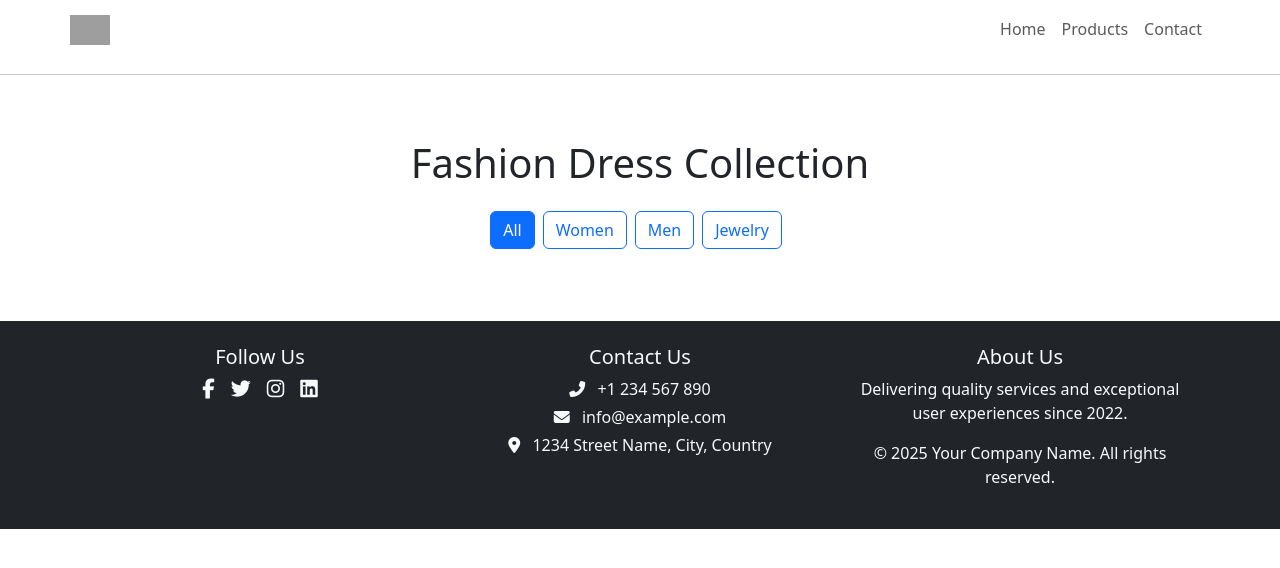
Repository: SHANANP-0931/product-cart
Page: /products
These files come from the project's save history. The page is drawn as it stood at one moment and after the next save; the edit follows.
The browser window is 1280 px wide. The pictures show the whole page.
Pictures or frames that could not be fetched are drawn as grey boxes. The page's requests for data from a server got no answer. The project was rebuilt for these pictures with package versions that can differ from the ones it lists, and the page was loaded fresh each time. No one was signed in, and anything a server would have sent is missing. Also part of the build but not shown: vite.config.js, src/index.css, src/components/Hero.jsx, src/components/Testimonial.jsx, src/components/Home.jsx.

Above is the page before, as saved 2025-01-21 19:39:26.

After the next save:
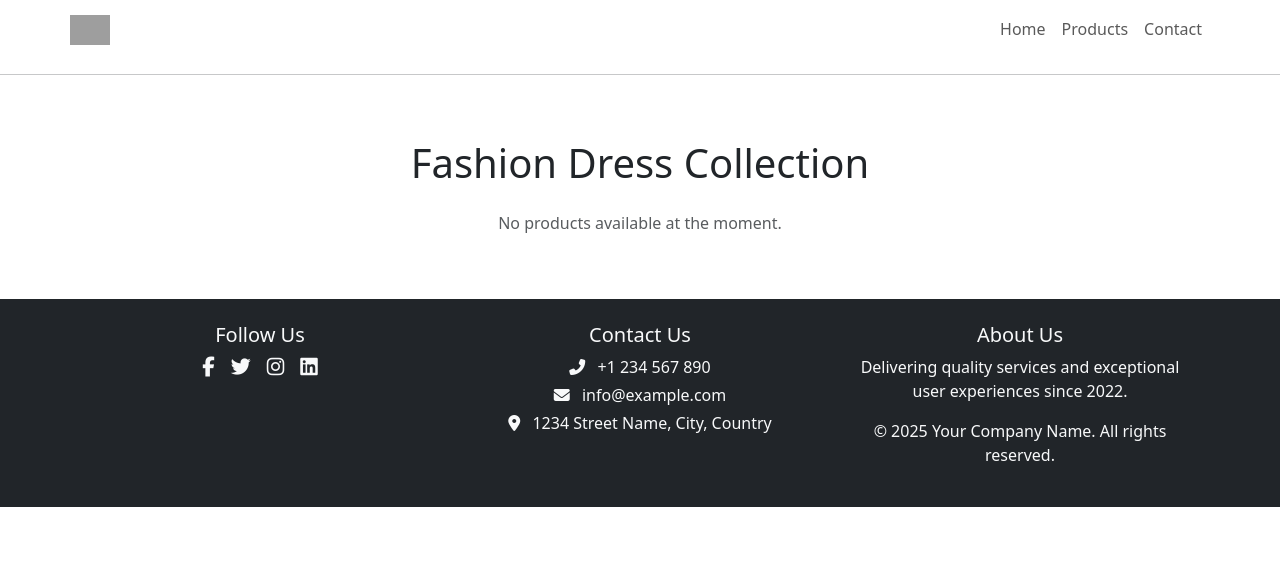
Saved 5 min 26 s later.
--- a/src/components/Products.jsx
+++ b/src/components/Products.jsx
@@ -4,96 +4,61 @@ import 'bootstrap/dist/css/bootstrap.min.css';
 
 const ProductDetails = () => {
     const [products, setProducts] = useState([]);
-    const [filteredProducts, setFilteredProducts] = useState([]);
-    const [fashionType, setFashionType] = useState('All');
 
-    // Fetch data from Dummy JSON
+    // Fetch products from Dummy JSON
     useEffect(() => {
         axios
             .get('https://dummyjson.com/products')
             .then((response) => {
-                setProducts(response.data.products);
-                setFilteredProducts(response.data.products);
+                const allProducts = response.data.products.slice(0, 9); // Get the first 9 products
+                const repeatedProducts = [...allProducts, ...allProducts]; // Repeat the first 9 products twice
+                setProducts(repeatedProducts);
             })
-            .catch((error) => console.error('Error fetching data:', error));
+            .catch((error) => console.error('Error fetching products:', error));
     }, []);
-
-    // Handle Filter Change
-    const handleFilterChange = (type) => {
-        setFashionType(type);
-        if (type === 'All') {
-            setFilteredProducts(products);
-        } else {
-            const filtered = products.filter((product) =>
-                product.category.toLowerCase().includes(type.toLowerCase())
-            );
-            setFilteredProducts(filtered);
-        }
-    };
 
     return (
         <div className="container py-5">
             <h1 className="text-center mb-4">Fashion Dress Collection</h1>
-            {/* Filter Options */}
-            <div className="d-flex justify-content-center mb-4">
-                <button
-                    className={`btn ${fashionType === 'All' ? 'btn-primary' : 'btn-outline-primary'} me-2`}
-                    onClick={() => handleFilterChange('All')}
-                >
-                    All
-                </button>
-                <button
-                    className={`btn ${fashionType === 'Women' ? 'btn-primary' : 'btn-outline-primary'} me-2`}
-                    onClick={() => handleFilterChange('Women')}
-                >
-                    Women
-                </button>
-                <button
-                    className={`btn ${fashionType === 'Men' ? 'btn-primary' : 'btn-outline-primary'} me-2`}
-                    onClick={() => handleFilterChange('Men')}
-                >
-                    Men
-                </button>
-                <button
-                    className={`btn ${fashionType === 'Jewelry' ? 'btn-primary' : 'btn-outline-primary'} me-2`}
-                    onClick={() => handleFilterChange('Jewelry')}
-                >
-                    Jewelry
-                </button>
-            </div>
 
             {/* Product List */}
             <div className="row">
-                {filteredProducts.map((product) => (
-                    <div className="col-md-4 mb-4" key={product.id}>
-                        <div className="card h-100 shadow-sm">
-                            <img
-                                src={product.thumbnail}
-                                alt={product.title}
-                                className="card-img-top"
-                                style={{ height: '250px', objectFit: 'cover' }}
-                            />
-                            <div className="card-body">
-                                <h5 className="card-title">{product.title}</h5>
-                                <p className="card-text text-muted">{product.description}</p>
-                                <ul className="list-unstyled">
-                                    <li>
-                                        <i className="bi bi-check-circle-fill text-success me-2"></i>
-                                        Rating: {product.rating}
-                                    </li>
-                                    <li>
-                                        <i className="bi bi-check-circle-fill text-success me-2"></i>
-                                        Stock: {product.stock}
-                                    </li>
-                                </ul>
-                                <div className="d-flex justify-content-between align-items-center">
-                                    <span className="fw-bold text-danger">${product.price}</span>
-                                    <button className="btn btn-primary btn-sm">Buy Now</button>
+                {products.length > 0 ? (
+                    products.map((product, index) => (
+                        <div className="col-md-4 mb-4" key={index}>
+                            <div className="card h-100 shadow-sm">
+                                <img
+                                    src={product.thumbnail}
+                                    alt={product.title}
+                                    className="card-img-top"
+                                    style={{ height: '250px', objectFit: 'cover' }}
+                                />
+                                <div className="card-body">
+                                    <h5 className="card-title">{product.title}</h5>
+                                    <p className="card-text text-muted">{product.description}</p>
+                                    <ul className="list-unstyled">
+                                        <li>
+                                            <i className="bi bi-check-circle-fill text-success me-2"></i>
+                                            Rating: {product.rating}
+                                        </li>
+                                        <li>
+                                            <i className="bi bi-check-circle-fill text-success me-2"></i>
+                                            Stock: {product.stock}
+                                        </li>
+                                    </ul>
+                                    <div className="d-flex justify-content-between align-items-center">
+                                        <span className="fw-bold text-danger">${product.price}</span>
+                                        <button className="btn btn-primary btn-sm">Buy Now</button>
+                                    </div>
                                 </div>
                             </div>
                         </div>
+                    ))
+                ) : (
+                    <div className="text-center">
+                        <p className="text-muted">No products available at the moment.</p>
                     </div>
-                ))}
+                )}
             </div>
         </div>
     );
